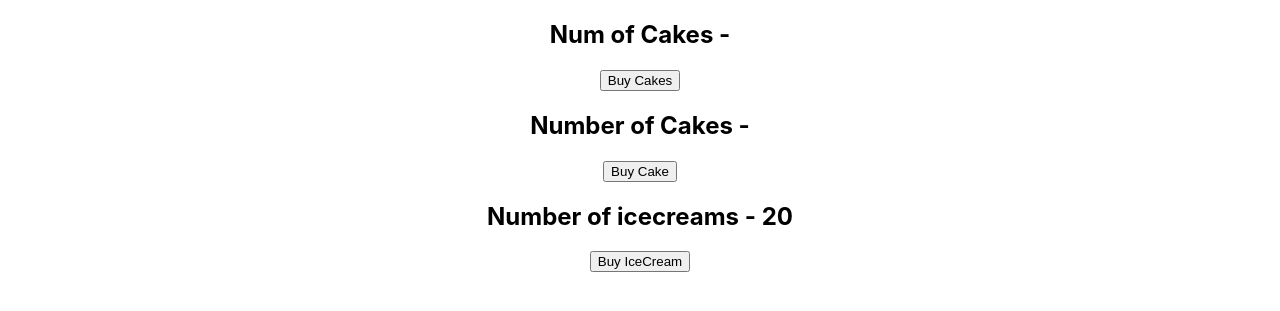
Repository: hardikaureate/react-redux-demo-axios
Page: /
These files come from the project's save history. The page is drawn as it stood at one moment and after the next save; the edit follows.
The browser window is 1280 px wide. The pictures show the whole page.
The project was rebuilt for these pictures with package versions that can differ from the ones it lists, and the page was loaded fresh each time.

Above is the page before, as saved 2020-11-04 17:18:15.

### src/App.js

import './App.css';
import { Provider } from 'react-redux'
import store from './redux/store'
import CakeContainer from './components/CakeContainer';
import HooksCakeContainer from './components/HooksCakeContainer';
import IceCreamContainer from './components/IceCreamContainer';

function App() {
  return (
    <Provider store={store}>
    <div className="App">
      <HooksCakeContainer />
      <CakeContainer />
      <IceCreamContainer />
    </div>
    </Provider>
  );
}

export default App;

### src/redux/store.js
import { createStore } from 'redux'
//import cakeReducer from './cake/cakeReducer'
import rootReducer from './rootReducer'

const store = createStore(rootReducer)

export default store

### src/components/CakeContainer.js
import React from 'react'
import {connect} from 'react-redux'
import { buyCake } from '../redux'

function CakeContainer(props) {
    return (
        <div>
            <h2>Number of Cakes - {props.numOfCakes}</h2>
            <button onClick={props.buyCake}>Buy Cake</button>
        </div>
    )
}

const mapStateTOProps = state => {
    return{
        numOfCakes: state.numOfCakes
    }
}

const mapDispatchToProps = dispatch => {
    return {
        buyCake: () => dispatch(buyCake())
    }
}

export default connect(mapStateTOProps, mapDispatchToProps)(CakeContainer)

### src/components/HooksCakeContainer.js
import React from 'react'
import { useSelector, useDispatch } from 'react-redux'
import { buyCake } from '../redux'

function HooksCakeContainer() {
    const numOfCakes =  useSelector(state => state.numOfCakes)
    const dispatch = useDispatch()
    return (
        <div>
            <h2>Num of Cakes - {numOfCakes} </h2>
            <button onClick={() => dispatch(buyCake())}>Buy Cakes</button>
        </div>
    )
}

export default HooksCakeContainer

### src/components/IceCreamContainer.js
import React from 'react'
import {connect} from 'react-redux'
import { buyIceCream } from '../redux'

function IceCreamContainer(props) {
    return (
        <div>
            <h2>Number of icecreams - {props.numOfIceCreams}</h2>
            <button onClick={props.buyIceCream}>Buy IceCream</button>
        </div>
    )
}

const mapStateTOProps = state => {
    return{
        numOfIceCreams: state.iceCream.numOfIceCreams
    }
}

const mapDispatchToProps = dispatch => {
    return {
        buyIceCream: () => dispatch(buyIceCream())
    }
}

export default connect(mapStateTOProps, mapDispatchToProps)(IceCreamContainer)

### src/redux/rootReducer.js
import { combineReducers } from 'redux'
import cakeReducer from './cake/cakeReducer'
import iceCreamReducer from './iceCream/iceCreamReducer'


const rootReducer = combineReducers({
    cake: cakeReducer,
    iceCream: iceCreamReducer
})

export default rootReducer

### src/redux/index.js
export { buyCake } from './cake/cakeActions'
export { buyIceCream } from './iceCream/IceCreamActions'

### src/redux/cake/cakeReducer.js
import {BUY_CAKE} from './cakeTypes'

const initialState = {
    numOfCakes: 10
}
const cakeReducer = (state = initialState, action) => {
    switch(action.type) {
        case BUY_CAKE: return {
            ...state,
            numOfCakes: state.numOfCakes - 1
        }
        default:return state
    }
}
export default cakeReducer

### src/redux/iceCream/iceCreamReducer.js
import {BUY_ICECREAM} from './iceCreamTypes'

const initialState = {
    numOfIceCreams: 20
}

const iceCreamReducer = (state = initialState, action) => {
    switch(action.type) {
        case BUY_ICECREAM: return{
            ...state,
            numOfIceCreams: state.numOfIceCreams - 1
        }
        default: return state
    }
}

export default iceCreamReducer

### src/redux/cake/cakeActions.js
import {BUY_CAKE} from './cakeTypes'

export const buyCake = () => {
    return {
        type: BUY_CAKE
    }
}

### src/redux/IceCream/IceCreamActions.js
import { BUY_ICECREAM } from './IceCreamTypes'



export const buyIceCream = () => {
    return {
        type: BUY_ICECREAM
    }
}

Loaded but not shown: public/index.html (common file); src/index.js (common file); src/index.css (common file); src/reportWebVitals.js (common file); src/App.css (common file); src/redux/cake/cakeTypes.js (common file); src/redux/IceCream/IceCreamTypes.js (common file)

After the next save:
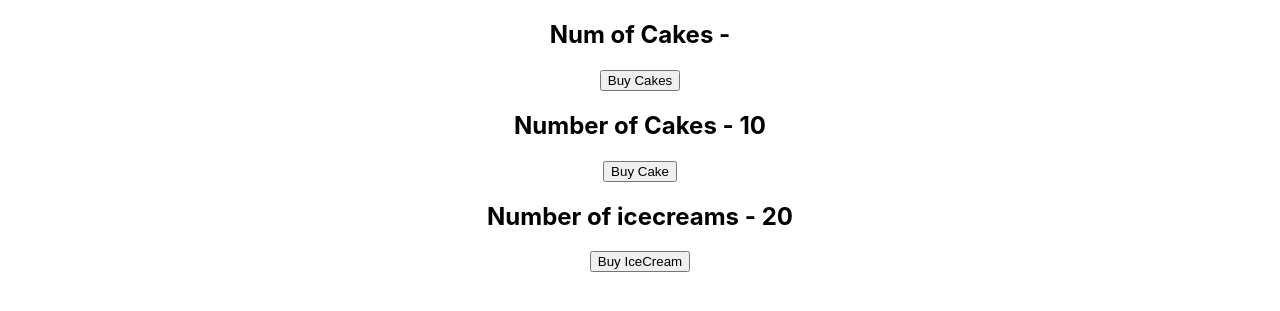
Saved 24 s later.
--- a/src/components/CakeContainer.js
+++ b/src/components/CakeContainer.js
@@ -13,7 +13,7 @@ function CakeContainer(props) {
 
 const mapStateTOProps = state => {
     return{
-        numOfCakes: state.numOfCakes
+        numOfCakes: state.cake.numOfCakes
     }
 }
 
